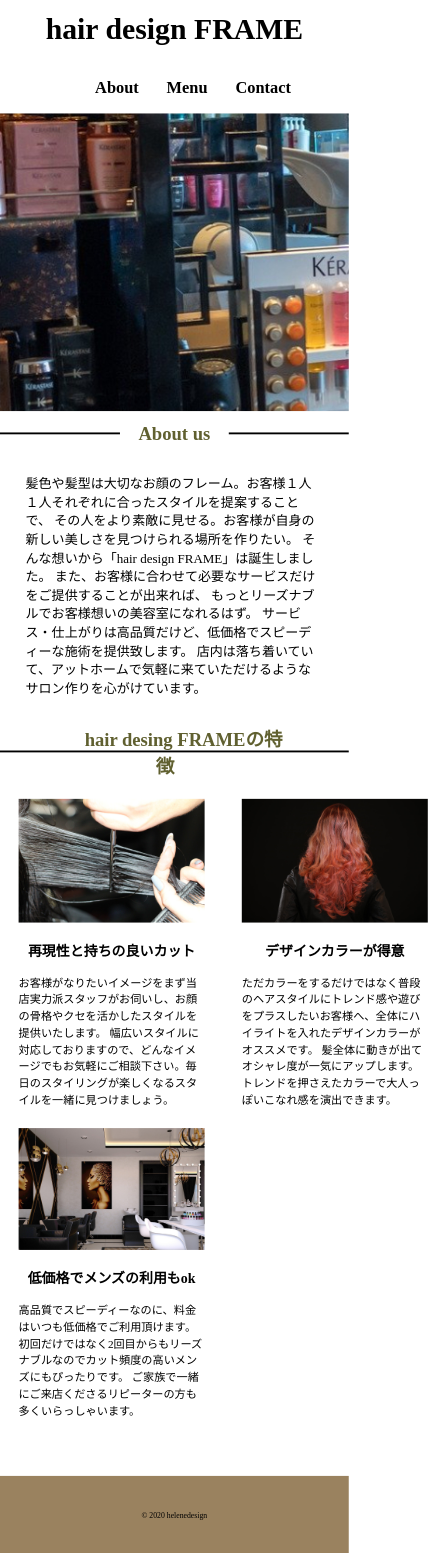
Repository: Akane492/samurai_HTML-CSS
Page: Hairsalon/about.html
The author's editor kept a record of every edit. The page is drawn from the files as they stood at one moment, then again after the next edit.
The browser window is 375 px wide. The page is 480 px wide, so the pictures cover 480 px, including what lies to the right of the window. The pictures show the whole page, at 93% of full size.

Above is the page before.

### Hairsalon/about.html
<!DOCTYPE html>
<html lang="ja">
    <head>
        <meta charset="UTF-8">
        <meta name="viewport" content="width=device-width, initial-scale=1">
        <meta http-equiv="X-UA-Compatible" content="ie=edge">
        <link rel="stylesheet" href="stylesheet.css">
        <title>hair design FRAME - About</title>
    </head>

    <body>
        <div class="background" id="about">
            <header class="page-header wrapper">
                <h1 class="page-title"><a href="home.html">hair design FRAME</a></h1>
                <nav>
                    <ul class="top-nav">
                        <li><a href="about.html">About</a></li>
                        <li><a href="menu.html">Menu</a></li>
                        <li><a href="contact.html">Contact</a></li>
                    </ul>
                </nav>
            </header>
        <div id="content-bg"></div>
        <div class="page-title2">
            <h2><span class="page-title-about">About us</span></h2>
        </div><!---page-title2--->
        <div class="content wrapper">
            <p>髪色や髪型は大切なお顔のフレーム。お客様１人１人それぞれに合ったスタイルを提案することで、
                その人をより素敵に見せる。お客様が自身の新しい美しさを見つけられる場所を作りたい。
                そんな想いから「hair design FRAME」は誕生しました。

                また、お客様に合わせて必要なサービスだけをご提供することが出来れば、
                もっとリーズナブルでお客様想いの美容室になれるはず。
                サービス・仕上がりは高品質だけど、低価格でスピーディーな施術を提供致します。
                店内は落ち着いていて、アットホームで気軽に来ていただけるようなサロン作りを心がけています。
            </p>
        </div><!---content--->
        <div class="page-title2">
            <h2><span class="page-title-about">hair desing FRAMEの特徴</span></h2>
        </div><!---page-title2--->

        <div class="grid wrapper">
            <div class="item">
                <img src="images/haircut.jpg" alt="">
                <p class="item-title">再現性と持ちの良いカット</p>
                <p class="item-info">お客様がなりたいイメージをまず当店実力派スタッフがお伺いし、お顔の骨格やクセを活かしたスタイルを提供いたします。
                幅広いスタイルに対応しておりますので、どんなイメージでもお気軽にご相談下さい。毎日のスタイリングが楽しくなるスタイルを一緒に見つけましょう。</p>
            </div>
            <div class="item">
                <img src="images/color.jpg" alt="">
                <p class="item-title">デザインカラーが得意</p>
                <p class="item-info">ただカラーをするだけではなく普段のヘアスタイルにトレンド感や遊びをプラスしたいお客様へ、全体にハイライトを入れたデザインカラーがオススメです。
                髪全体に動きが出てオシャレ度が一気にアップします。トレンドを押さえたカラーで大人っぽいこなれ感を演出できます。</p>
            </div>
            <div class="item">
                <img src="images/salon1.jpg" alt="">
                <p class="item-title">低価格でメンズの利用もok</p>
                <p class="item-info">高品質でスピーディーなのに、料金はいつも低価格でご利用頂けます。初回だけではなく2回目からもリーズナブルなのでカット頻度の高いメンズにもぴったりです。
                ご家族で一緒にご来店くださるリピーターの方も多くいらっしゃいます。</p>
            </div>
        </div> <!---grid wrapper--->




        <footer>
            <p><small>&copy; 2020 helenedesign</small></p>
        </footer>
    </body>

</html>

### Hairsalon/stylesheet.css
@charset "UTF-8";

body {
    font-family: "Yu Gothic Medium", "遊ゴシック Medium", YuGothic, "遊ゴシック体", "ヒラギノ角ゴ Pro W3","sanf-serif";
    padding: 0;
    margin: 0;
}
a {
    text-decoration: none;
}
img {
    max-width: 100%;
}

/*
----------header*/
#top {
    background-image: url(./images/woman.jpg);
    min-height: 100vh;
}
.background {
    background-size: cover;
    background-position: center top;
    background-repeat: no-repeat;
    width: 100%;
}
.wrapper {
    max-width: 1150px;
    margin: auto;
}
.page-title {
    font-family: 'Vollkorn', serif;
    font-size: 40px;
    margin-top: 60px;

}
.page-title a {
    color: black;
}
.page-title a:hover {
    color: #9a825f;
}
.page-header {
    display: flex;
    justify-content: space-between;
}
.top-nav {
    display: flex;
    list-style: none;
    font-size: 1.5rem;
	font-family: 'Vollkorn', serif;
    font-weight: bold;
    margin-top: 79px;
}
.top-nav li {
    margin-left: 40px;
}
.top-nav a {
    color: black;
}
.top-nav a:hover {
    color: #9a825f;
}

h2 {
    max-width: 1100px;
    margin: auto;
    margin-top: 50px;
    position: relative;
    padding: 0 65px;
    text-align: center;
}

h2:before {
    position: absolute;
    top: calc(50% - 1px);
    left: 0;
    width: 100%;
    height: 2px;
    content: '';
    background: #000;
}

h2 span {
    position: relative;
    padding: 0 1em;
    background: #dbdbdd;
    color: #606030;
}

/*
----------about*/
.page-title-about {
    background: white;
    font-size: 30px;
    font-family: 'Vollkorn', serif;
    font-weight: bold;
}
.content {
    max-width: 700px;
    margin-top: 50px;
}
#content-bg {
    background-image: url(./images/salon2.jpg);
    min-height: 40vh;
}
.grid {
    display: grid;
    grid-template-columns: repeat(3,minmax(240px, 1fr));
    margin-top: 3%;
    margin-bottom: 50px;
}
.item {
    padding: 0 20px;
}
.item-title {
    text-align: center;
    font-size: 20px;
}
.item-info {
    font-size: 13px;
}

/*
----------nemu*/
#menu-bg {
    background-image: url(images/girl4.jpg);
    min-height: 70vh;
}
.menu-preis {
    display: flex;
    justify-content: space-between;
}
.menu-info {
    list-style: none;
    width: 50%;
    text-align: left;
    font-size: 22px;
    margin: 50px;

}
.menu-info2 {
    list-style: none;
    width: 50%;
    text-align: left;
    font-size: 22px;
    margin: 50px;
}
table, td {
    border: none;
}


/*
-----------contact*/
#contact {
    background-image: url(./images/contact.jpg);
    min-height: 100vh;
}
form div {
    margin-bottom: 16px;
}
label {
    font-size: 1.125rem;
    margin-bottom: 10px;
    display: block;
}
input[type="text"],
input[type="mail"],
textarea {
    background: rgba(255,255,255,.5);
    border: 1px #fff solid;
    border-radius: 5px;
    padding: 10px;
    font-size: 1rem;
}
input[type="text"],
input[type="mail"] {
    width: 100%;
    max-width: 350px;
}
textarea {
    width: 100%;
    max-width: 350px;
    height: 6rem;
}
input[type="submit"] {
    border: none;
    cursor: pointer;
    line-height: 1;
}
.name-contact {
    text-align: center;
}
.email-contact {
    text-align: center;
}
.message-contact {
    text-align: center;
}
.message-submit {
    text-align: center;
}
.button {
    text-align: center;
    background: #9a825f;
    color: #fff;
    font-size: 1.375rem;
    padding: 15px 20px;
    border-radius: 5px;
}
.button:hover {
    background: #7d694b;
}
#contact-title {
    text-align: center;
}
.content-title {
    font-size: 5rem;
    font-family: "Philosopher", serif;
    font-weight: normal;
    text-transform: none;
}
#location {
    padding: 4% 0;
}
#location .wrapper {
    display: flex;
    justify-content: space-between;
}
#name-shop {
    font-size: 1.375rem;
    font-weight: normal;
    padding: 0 8px 8px;
    border-bottom: 2px #9a825f solid;
}
.location-info {
    width: 22%;
}
.location-info p {
    padding: 12px 10px;
}
.location-map {
    width: 74%;
}
iframe {
    width: 100%;
}

/*
----------footer*/
footer {
    text-align: center;
    background: #9a825f;
    padding: 26px 0;
}
footer p {
    font-size: 0.875rem;
}

/*
----------mobile*/
@media (max-width: 600px) {
    .page-title {
        margin-top: 5px;
    }
    .page-title a {
        font-size: 2rem;
    }
    .page-header {
        flex-direction: column;
        align-items: center;
    }

    /* header */
    .top-nav {
        font-size: 1.1rem;
        margin-top: 5px;
    }
    .top-nav li {
        margin: 0 15px;
    }

    /* home */
    h2 {
        margin-top: 10px;
    }

    /* about */
    .page-title-about {
        font-size: 20px;
    }
    .content {
        max-width: 320px;
        margin-top: 30px;
        margin-bottom: 30px;
    }
    .content p {
        font-size: 14px;
    }
    footer p {
        font-size: 10px;
    }
    .grid {
        display: grid;
        grid-template-columns: repeat(2,minmax(240px, 1fr));
    }
    .item {
        margin-top: 10px;
    }
    .item-title {
        font-size: 15px;
        font-weight: bold;
    }
    .item-info {
        font-size: 12px;
    }

    /* contact */
    #contact-title {
        font-size: 40px;
        font-weight: bold;
    }
    input[type="text"],
    input[type="mail"] {
        width: 100%;
        max-width: 300px;
}
    textarea {
        max-width: 300px;
        width: 100%;
        height: 6rem;
    }
    #name-shop {
        font-weight: bold;
    }
    #location .wrapper {
        flex-direction: column;
    }
    .location-info,
    .location-map {
        width: 100%;
    }
    #location-wrapper {
        text-align: center;
    }
    .location-map {
        margin-bottom: -23px;
    }

    /* menu */
        #menu-bg {
            background-position: left 22% top 5%;
        }
        .menu-info td {
            font-size: 12px;
        }
        .menu-info2 td {
            font-size: 12px;
        }
}

After the next edit:
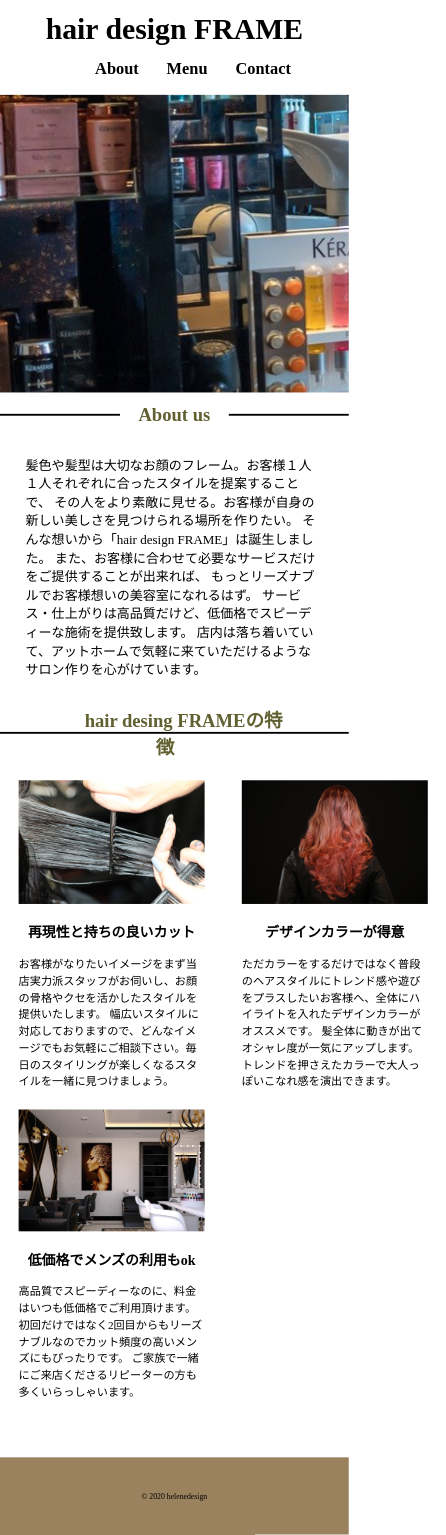
The edit:
--- a/Hairsalon/stylesheet.css
+++ b/Hairsalon/stylesheet.css
@@ -275,7 +275,7 @@
     /* header */
     .top-nav {
         font-size: 1.1rem;
-        margin-top: 5px;
+        margin-top: -15px;
     }
     .top-nav li {
         margin: 0 15px;
